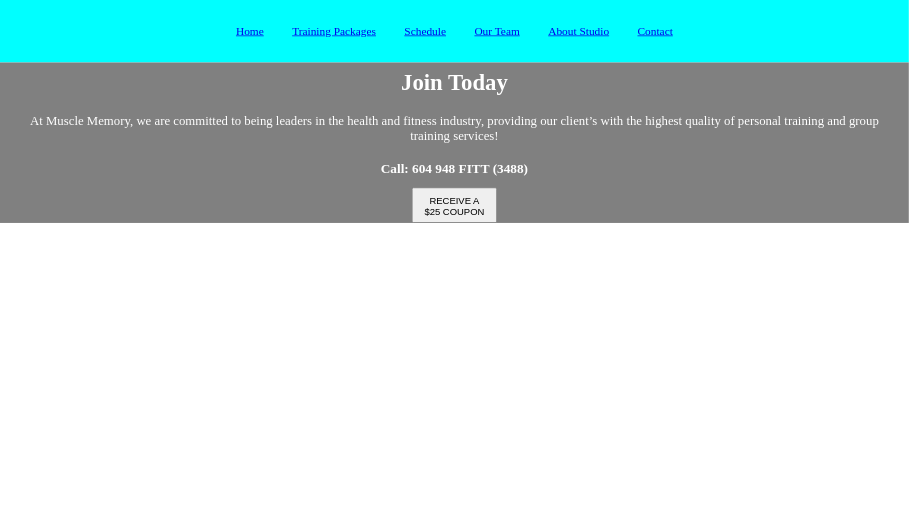
Repository: MujtabaHabib/muscle-memory-website
Page: index.html
The author's editor kept a copy of each file at every save. The page is drawn from the files as they stood at one save, then again after a run of saves.
The browser window is 1280 px wide. The pictures show the whole page, at 71% of full size.

Above is the page before, as saved 2026-01-27 02:28:30.

### index.html
<!DOCTYPE html>
<html lang="en">

<head>
    <meta charset="UTF-8">
    <meta name="viewport" content="width=device-width, initial-scale=1.0">
    <title>Muscle Memory</title>
    <link rel="stylesheet" href="style.css">
</head>

<body>
    <div class="container">
        <nav class="nav">
            <ul class="list">
                <li><a href="#">Home</a></li>
                <li><a href="#">Training Packages</a></li>
                <li><a href="#">Schedule</a></li>
                <li><a href="#">Our Team</a></li>
                <li><a href="#">About Studio</a></li>
                <li><a href="#">Contact</a></li>
            </ul>
        </nav>
        <div class="details">
            <h1>Join Today</h1>
            <p>At Muscle Memory, we are committed to being leaders in the health and fitness industry,
                providing our client’s with the highest quality of personal training and group training
                services!</p>

            <h3>Call: 604 948 FITT (3488)</h3>
            <button>RECEIVE A $25 COUPON</button>
        </div>
    </div>

</body>

</html>

### style.css
* {
    margin: 0;
    padding: 0;

}

/* .container{
    background-image: url(gym.jpg);
    background-repeat: no-repeat;
    background-size: cover;
    height: 100vh;
} */

.list {
    display: flex;
    color: white;
    padding: 15px;
    justify-content: center;
    align-items: center;
    background-color: cyan;
    margin: 0px;
}

.list li {
    padding: 20px;
    list-style-type: none;

}

/* .card{
    display: flex;
    width: fit-content;
    height: 400%;
    width: 100%;
} */

.details {
    text-align: center;
    background-color: gray;
    color: white;


}

.details button {
    height: 50px;
    width: 120px;

}

.details h1 ,
.details h3,
.details p,
.details button {
    padding: 10px 15px 15px;
}
.details p{
    font-size: 18px;
}

After the next 2 saves:
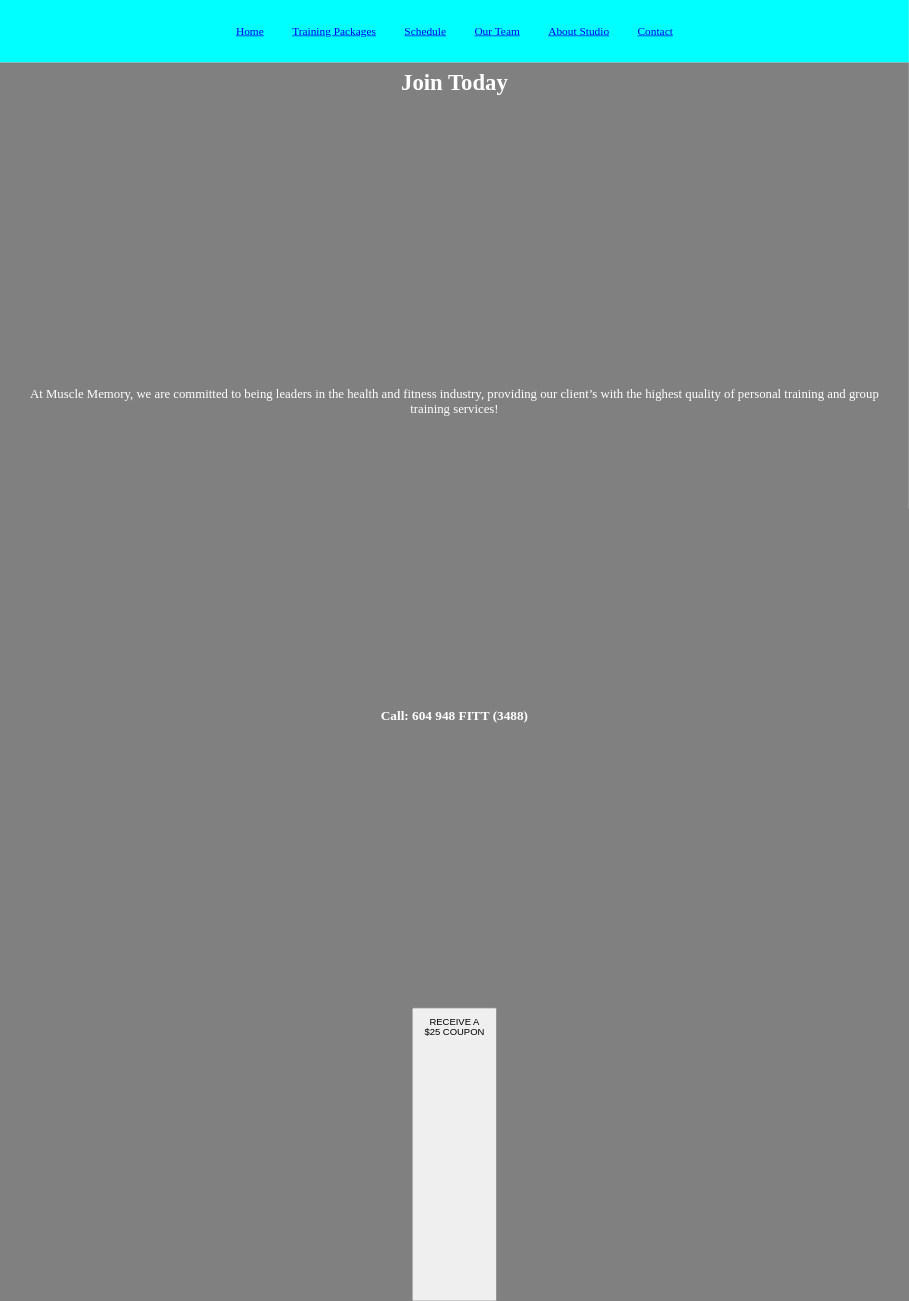
The 2 saves are shown as one change because they came seconds apart.
The last was saved 8 min 29 s later.
--- a/style.css
+++ b/style.css
@@ -52,7 +52,7 @@
 .details h3,
 .details p,
 .details button {
-    padding: 10px 15px 15px;
+    padding: 10px 15px 400px;
 }
 .details p{
     font-size: 18px;
